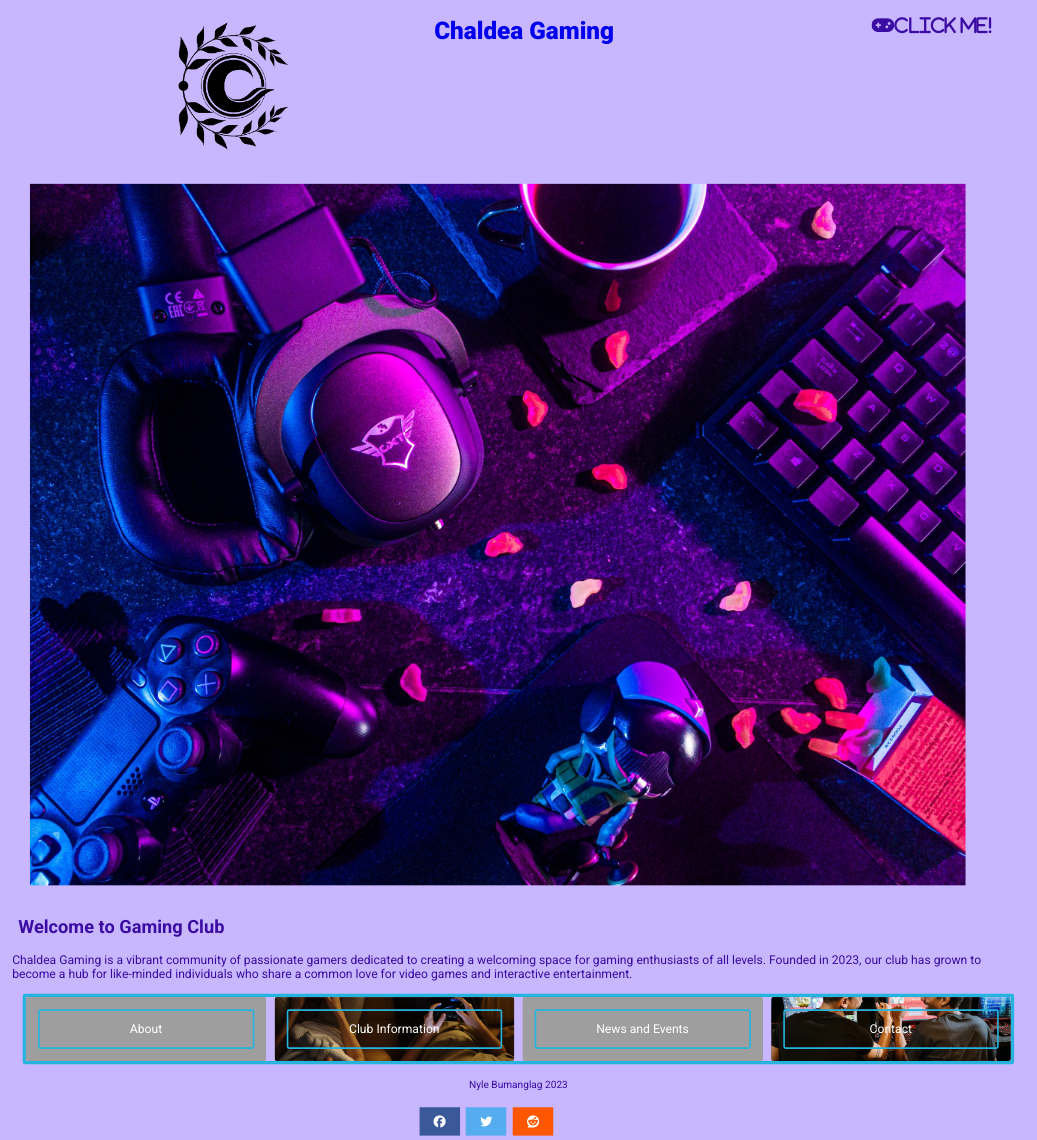
Repository: NyleNC/School-Projects
Page: Hmtl and CSS project/Index.html
These files come from the project's save history. The page is drawn as it stood at one moment and after the next save; the edit follows.
The browser window is 1280 px wide. The pictures show the whole page, at 81% of full size.
Pictures or frames that could not be fetched are drawn as grey boxes. Some web libraries are served in a nearby version.

Above is the page before, as saved 2025-01-05 17:19:13.

After the next save:
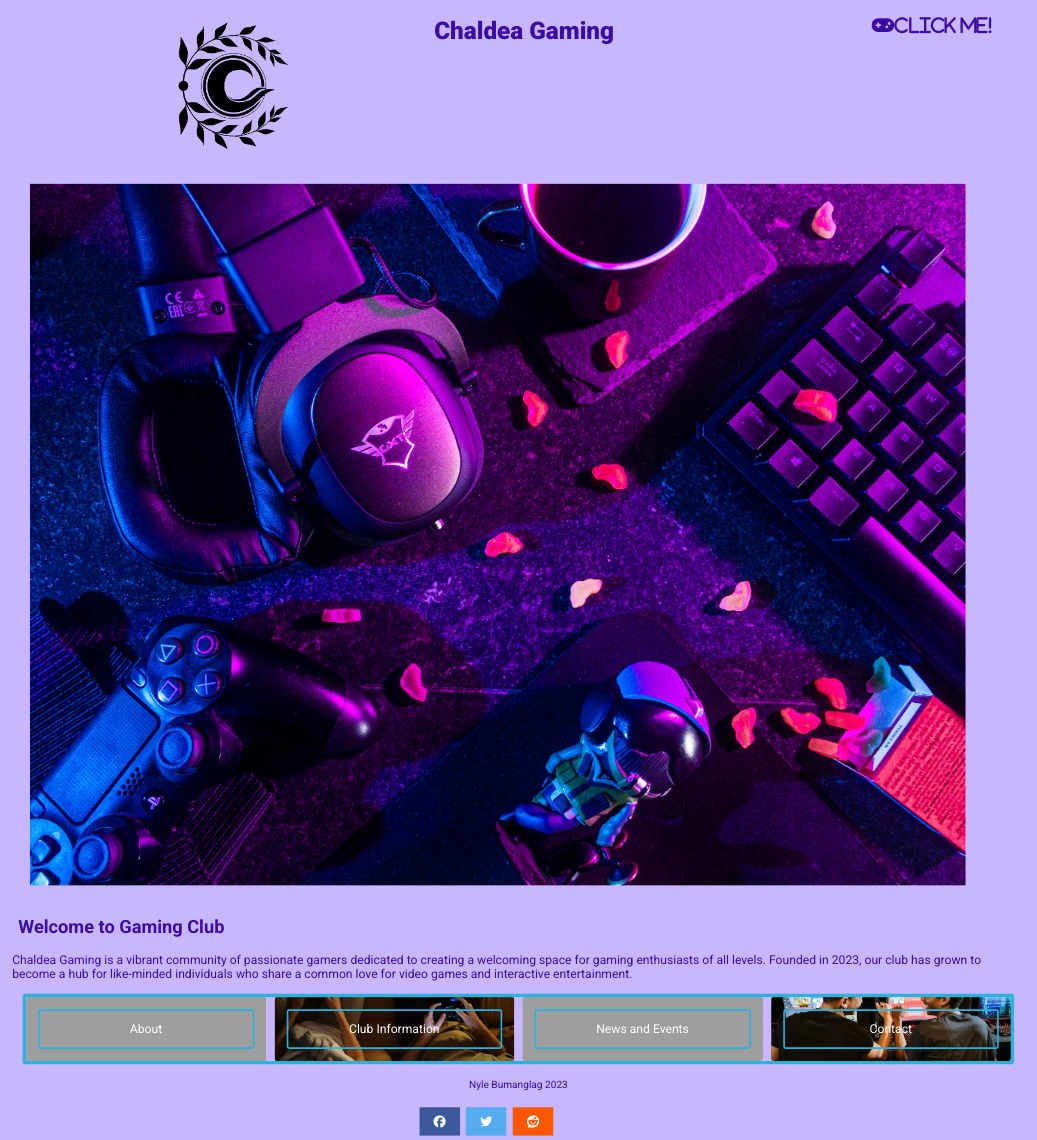
Saved 27 s later.
--- a/Hmtl and CSS project/Style.css
+++ b/Hmtl and CSS project/Style.css
@@ -129,6 +129,7 @@ legend {
 .logo a{
     text-decoration: none;
     display: flex;
+    color: inherit;
 }
 .about-bkgd{
     background-image:url(Images/aboutbackground.jpg);
